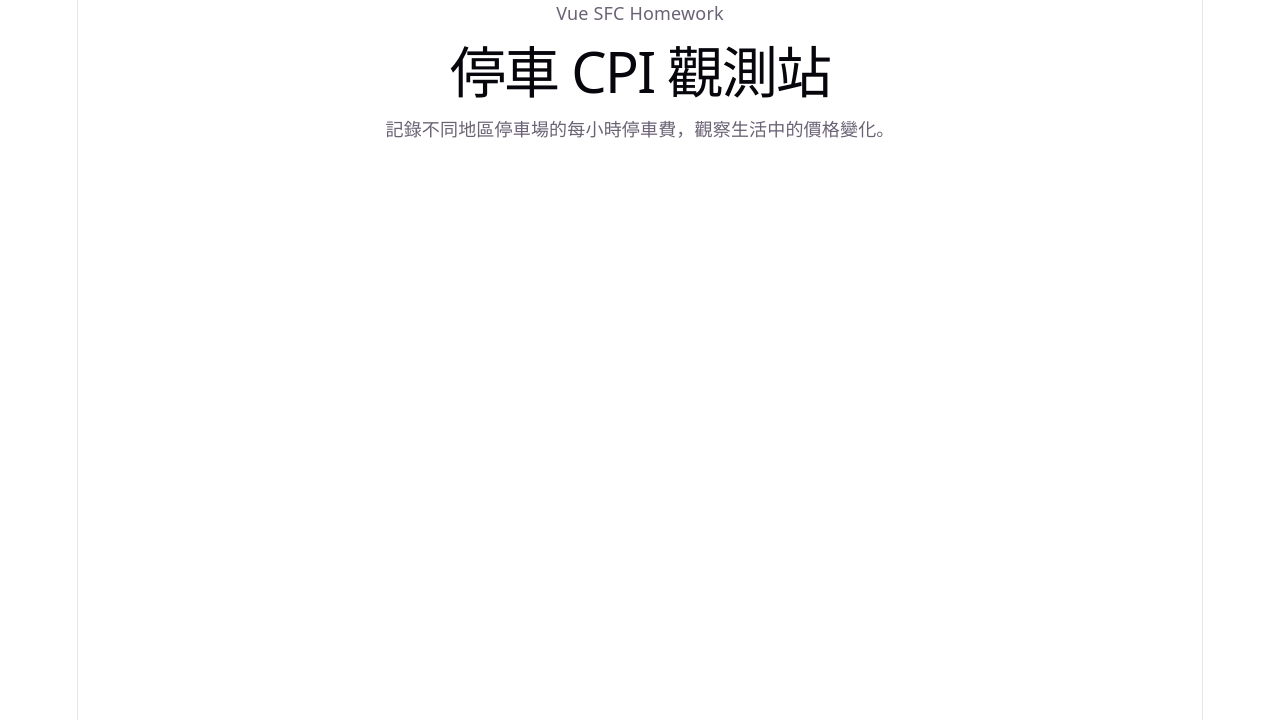
Repository: stewie0901/parking-cpi
Page: /
An editor plug-in stored every save of this project. The page is shown before and after the next save, followed by the edit.
The browser window is 1280 px wide. The pictures show the whole page.
The project was rebuilt for these pictures with package versions that can differ from the ones it lists, and the page was loaded fresh each time. Also part of the build but not shown: vite.config.js.

Above is the page before, as saved 2026-06-04 15:00:04.

After the next save:
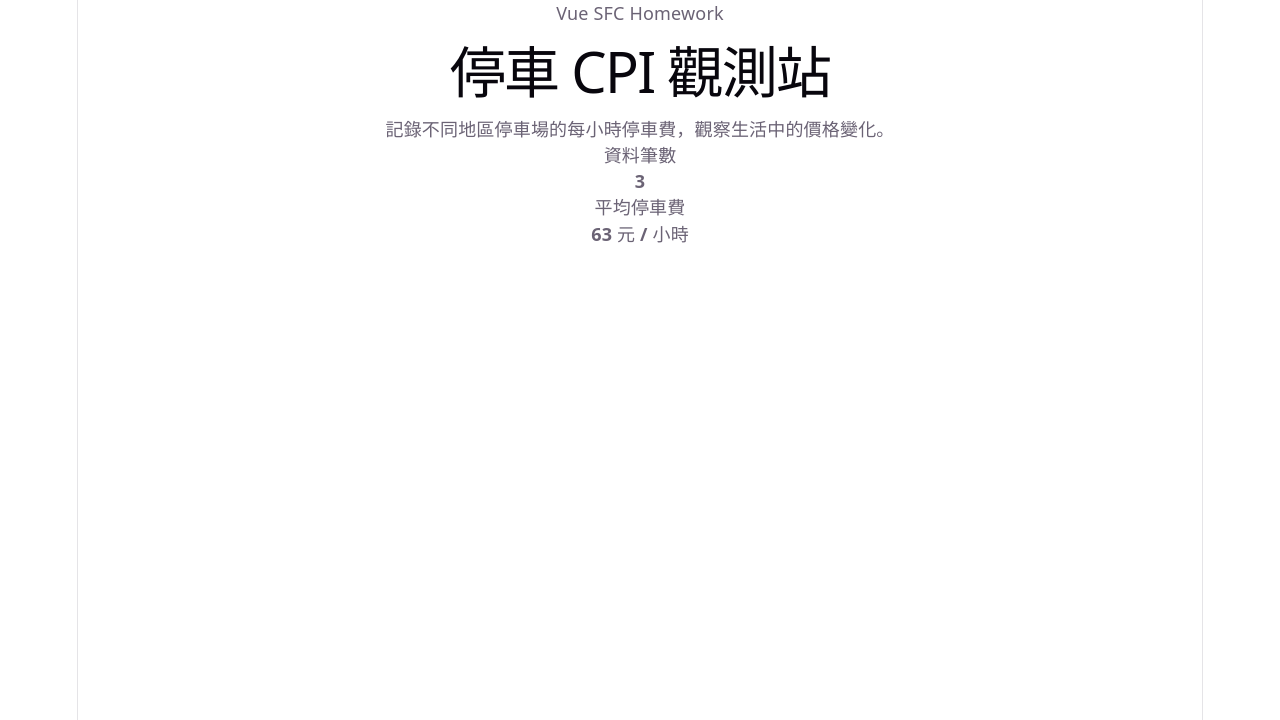
Saved 9 s later.
--- a/src/App.vue
+++ b/src/App.vue
@@ -1,7 +1,27 @@
 <script setup>
+import { ref, computed } from 'vue'
 import HeaderBanner from './components/HeaderBanner.vue'
+import SummaryBox from './components/SummaryBox.vue'
+
+const parkingList = ref([
+  { id: 1, area: '台北信義區', place: '百貨商圈停車場', price: 80 },
+  { id: 2, area: '台中逢甲', place: '夜市周邊停車場', price: 60 },
+  { id: 3, area: '新北板橋', place: '車站附近停車場', price: 50 }
+])
+
+const averagePrice = computed(() => {
+  const total = parkingList.value.reduce((sum, item) => sum + item.price, 0)
+  return Math.round(total / parkingList.value.length)
+})
 </script>
 
 <template>
   <HeaderBanner />
+
+  <main class="container">
+    <SummaryBox
+      :total-count="parkingList.length"
+      :average-price="averagePrice"
+    />
+  </main>
 </template>
